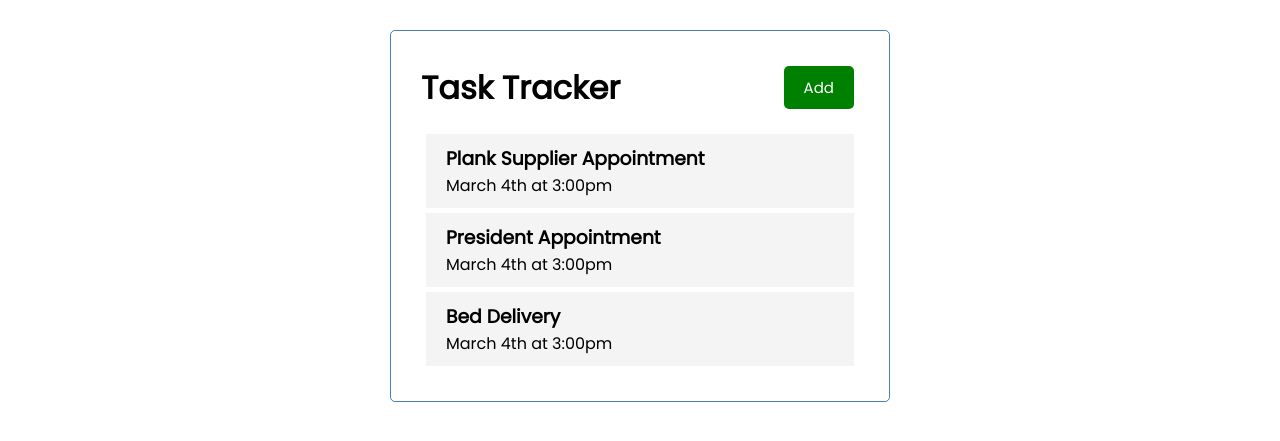
Repository: biggie-pti/task-tracker-react-app
Page: /
An editor plug-in stored every save of this project. The page is shown before and after the next save, followed by the edit.
The browser window is 1280 px wide. The pictures show the whole page.
The project was rebuilt for these pictures with package versions that can differ from the ones it lists, and the page was loaded fresh each time.

Above is the page before, as saved 2022-02-20 15:41:13.

After the next save:
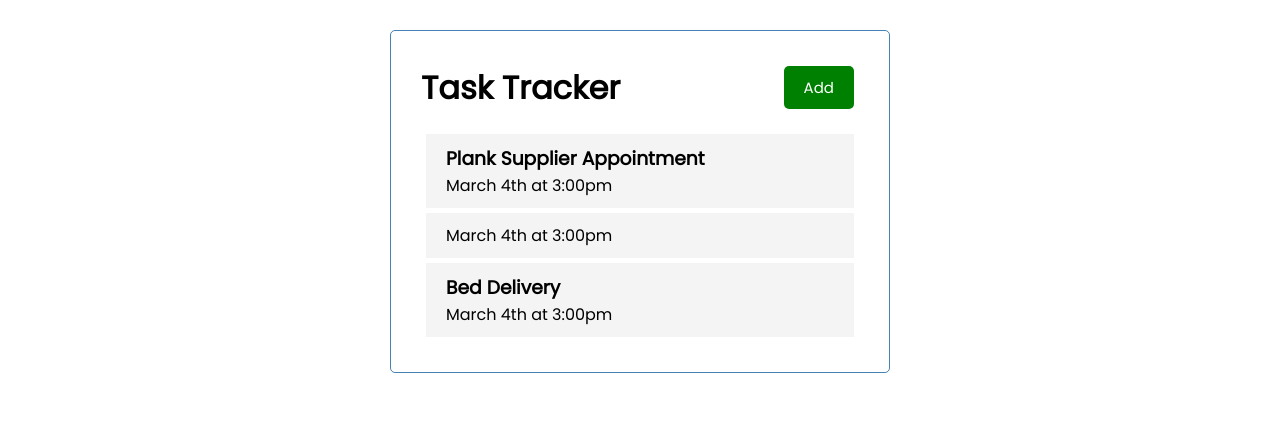
Saved 7 s later.
--- a/src/App.js
+++ b/src/App.js
@@ -14,7 +14,7 @@ function App() {
         },
         {
             id: 2,
-            text: 'President Appointment',
+            text: '',
             day: 'March 4th at 3:00pm',
             reminder: true,
         },
